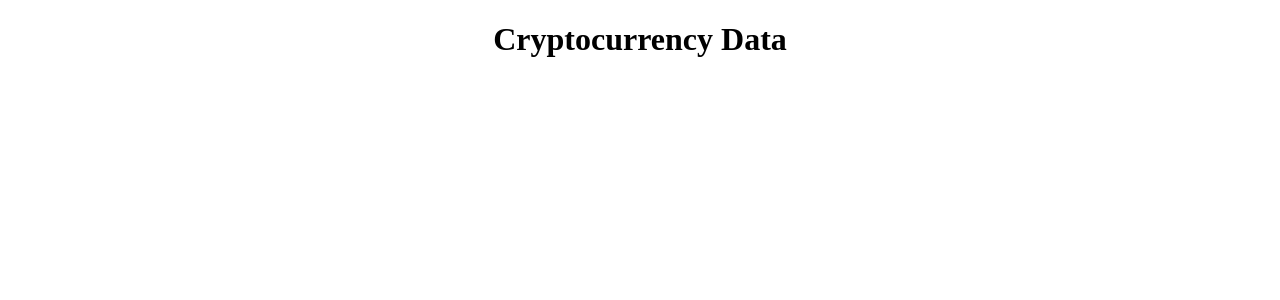
Repository: alejandroacd/cryptocurrency-market
Page: /
The author's editor kept a copy of each file at every save. The page is drawn from the files as they stood at one save, then again after the next save.
The browser window is 1280 px wide. The pictures show the whole page.
The page's requests for data from a server got no answer. The project was rebuilt for these pictures with package versions that can differ from the ones it lists, and the page was loaded fresh each time. No one was signed in, and anything a server would have sent is missing.

Above is the page before, as saved 2021-06-29 12:05:49.

### src/App.js
import Axios from 'axios';
import React, {useEffect, useState}  from 'react'
import './App.css';


function App() {
  const [value,setValue] = useState();



  useEffect(() => {
    Axios.get('https://api.coingecko.com/api/v3/coins/markets?vs_currency=usd&order=market_cap_desc&per_page=100&page=1&sparkline=false')
    .then(res => {
      setValue(res.data)
    })
    .catch(err => {
      console.log(err)
    })
  }, [])


  return (
    <div className="App">
      <h1>Cryptocurrency Data</h1>

    </div>
  );
}

export default App;

Loaded but not shown: public/index.html (common file); src/index.js (common file); src/App.css (common file)

After the next save:
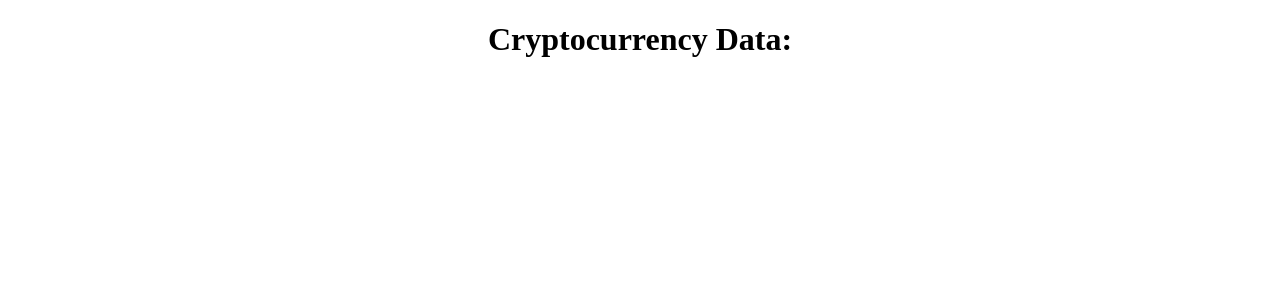
Saved 26 s later.
--- a/src/App.js
+++ b/src/App.js
@@ -21,7 +21,7 @@ function App() {
 
   return (
     <div className="App">
-      <h1>Cryptocurrency Data</h1>
+      <h1>Cryptocurrency Data:</h1>
 
     </div>
   );
